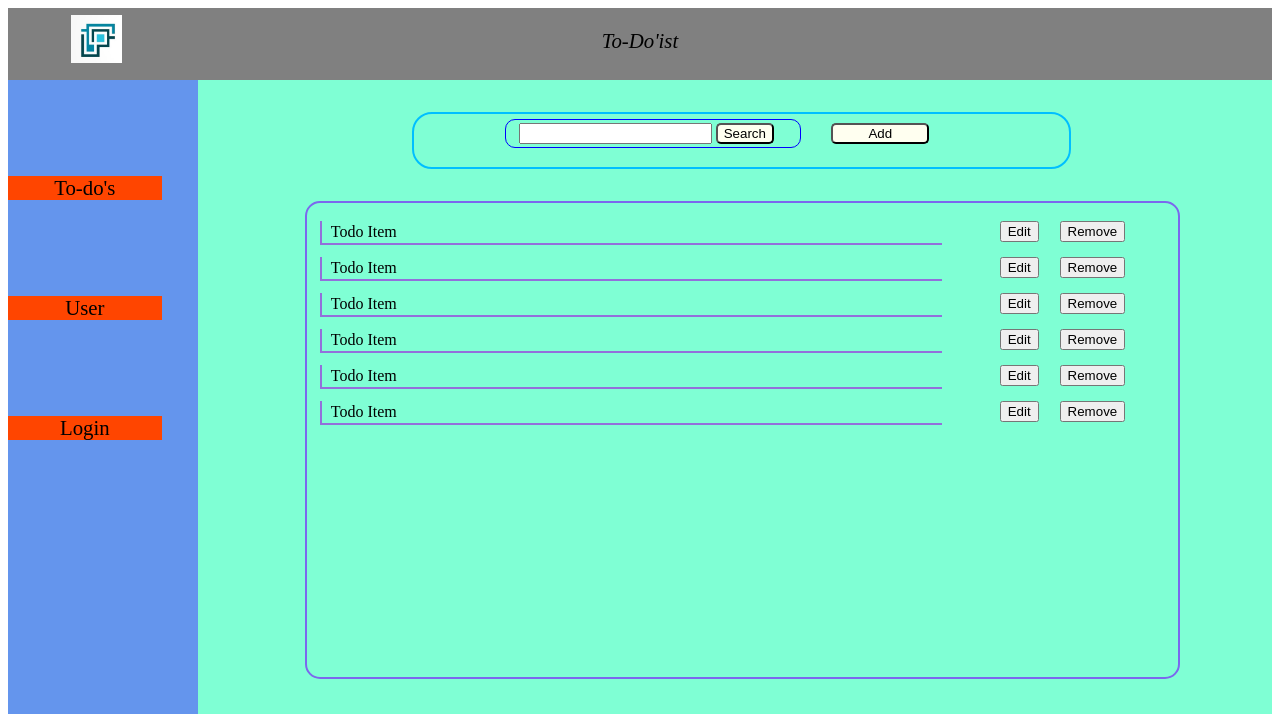
Repository: tavisca-pkadam/Todo-Website
Page: home.html
An editor plug-in stored every save of this project. The page is shown before and after a run of saves, followed by the edit.
The browser window is 1280 px wide. The pictures show the whole page.

Above is the page before, as saved 2019-08-20 08:45:17.

### home.html
<!DOCTYPE html>
<html>
  <head>
    <meta charset="utf-8" />
    <meta http-equiv="X-UA-Compatible" content="IE=edge" />
    <title>Page Title</title>
    <meta name="viewport" content="width=device-width, initial-scale=1" />
    <link rel="stylesheet" type="text/css" media="screen" href="main.css" />

    <link rel="import" href="components/header.html" />

    <!-- <script src='main.js'></script> -->
  </head>
  <body>
    <div id="head" class="header">
      <img id="company_logo" src="src/logo.jpg" width="5%" />
      <p id="todo_header"><i>To-Do'ist</i></p>
    </div>


    <div id="side_nav">
      <div id="side_todo"  class="side_btn">
        To-do's
      </div>
      <div id="side_user" class="side_btn">
        User
      </div>
      <div id="side_login" class="side_btn">
        Login
      </div>
    </div>
    <div id="todo_content">
        <div id="todo_content_head">
            <div id="todo_content_search">
                <input type="text" style="padding-right:10px">
                <button class="search_button">Search</button>
            </div>
            <button id="todo_content_add" class="search_button">Add</button>
        </div>
        <div id="todo_list">
            <div class="todo_item">
                <div class="todo_detail">
                        Todo Item
                </div>
                <button class="todo_edit_btn">Edit</button>
                <button>Remove</button>
            </div>
            <div class="todo_item">
                <div class="todo_detail">
                        Todo Item
                </div>
                <button class="todo_edit_btn">Edit</button>
                <button>Remove</button>
            </div>
            <div class="todo_item">
                <div class="todo_detail">
                        Todo Item
                </div>
                <button class="todo_edit_btn">Edit</button>
                <button>Remove</button>
            </div>
            <div class="todo_item">
                <div class="todo_detail">
                        Todo Item
                </div>
                <button class="todo_edit_btn">Edit</button>
                <button>Remove</button>
            </div>
            <div class="todo_item">
                <div class="todo_detail">
                        Todo Item
                </div>
                <button class="todo_edit_btn">Edit</button>
                <button>Remove</button>
            </div>
            <div class="todo_item">
                <div class="todo_detail">
                        Todo Item
                </div>
                <button class="todo_edit_btn">Edit</button>
                <button>Remove</button>
            </div>
        </div>
    </div>
  </body>
</html>

### main.css
.header {
    background-color:gray;
    position: relative;
    width: 100%;
    height: 10vh;
}

#company_logo {
    position: absolute;
    left: 5%;
    width: 4%;
    margin-top: 1vh;
}

#todo_header {
    font-size: 1.3em;
    font-style: oblique;
    font-stretch: expanded;
    position: absolute;
    width: 100%;
    text-align: center;
    /* right: 45%; */
}

#side_nav {
    position: fixed;
    width: 15%;
    background-color: cornflowerblue;
    height: 88vh;
}

.side_btn {
    text-align: center;
    width: 80%;
    position: relative;
    background-color: orangered;
    margin-top: 50%;
    font-size: 1.3rem
}


#todo_content {
    position: relative;
    left: 15%;
    width:85%;
    background-color: aquamarine;
    height: 88vh;
}

#todo_content_head {
    border: 1px;
    position: relative;
    /* background-color: deepskyblue; */
    padding: 5px;
    width: 60%;
    height: 6vh;
    border-radius: 20px;
    left: 20%;
    top: 5%;

    border-width: 2px;
    border-style: solid;
    border-color: deepskyblue;
}

.search_button{
    text-align: center;
    background-color: ivory;
    border-radius: 5px;
}

#todo_content_search{
    position: absolute;
    /* background-color: darksalmon; */
    padding: 0.5%;
    margin-left:4%;
    padding-left: 2%;
    padding-right: 4%;
    left: 5vw;
    border-radius: 10px;
    border-width: 1px;
    border-style: solid;
    border-color: blue;

}
#todo_content_add {
    position: absolute;
    background-color: ivory;
    left: 30vw;
    /* top: 10px; */
    width: 15%;
    margin: 4px;
    margin-left: 5%;
}


#todo_list {
    /* background-color: mediumslateblue; */
    position: relative;
    width: 80%;
    left: 10%;
    top: 10%;
    height: 65vh;
    border-radius: 15px;
    padding:3px;
    padding-left: 8px;


    border-width: 2px;
    border-style: solid;
    border-color: mediumslateblue;
}

.todo_item{
    margin:5px;
    margin-top: 15px;
}

.todo_edit_btn{
    margin-left: 80%;
    margin-right: 2%;
}

.todo_detail{
    width: 70%;

    position: absolute;
    padding: 2px;
    padding-left: 1%;

    border-bottom: 6px solid;
    border-left: 6px solid;
    border-width: 2px;
    border-color: mediumpurple;
    }

After the next 3 saves:
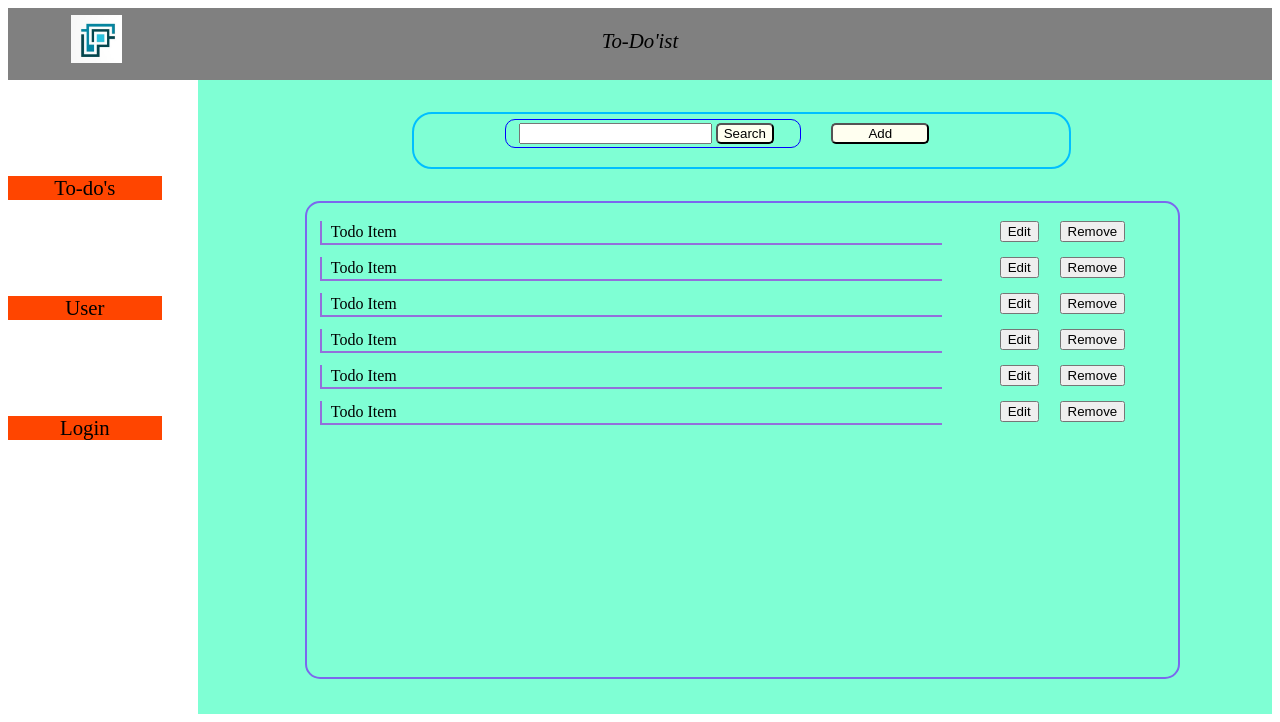
The 3 saves are shown as one change because they came seconds apart.
The last was saved 11 s later.
--- a/main.css
+++ b/main.css
@@ -25,7 +25,7 @@
 #side_nav {
     position: fixed;
     width: 15%;
-    background-color: cornflowerblue;
+    /* background-color: cornflowerblue; */
     height: 88vh;
 }
 
